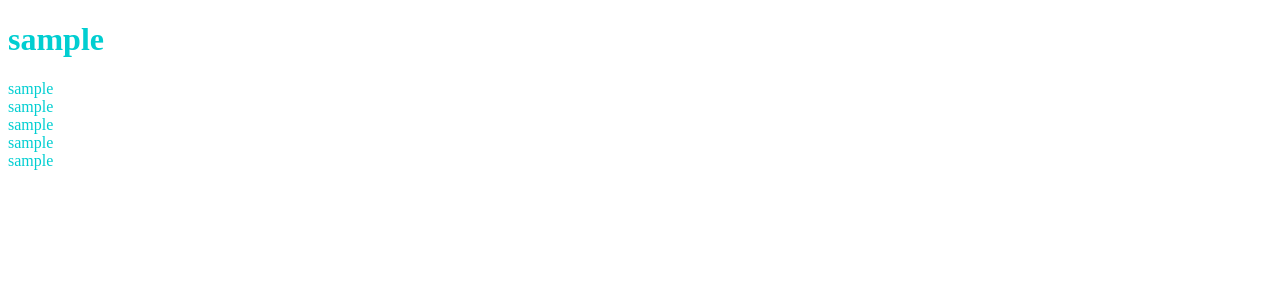
Repository: user10112018/test
Page: http://localhost/MyProject/jquery.jsp
These files come from the project's save history. The page is drawn as it stood at one moment and after the next save; the edit follows.
The browser window is 1280 px wide. The pictures show the whole page.
The page is served by Tomcat 9. Other server files are loaded and not shown.

Above is the page before, as saved 2018-11-20 06:26:10.

### MyProject/WebContent/jquery.jsp
<%@ page language="java" contentType="text/html; charset=UTF-8"
    pageEncoding="UTF-8"%>
<%@ taglib prefix="s" uri="/struts-tags" %>
<!DOCTYPE html>
<html>
<head>
<meta charset="UTF-8">
<link rel="stylesheet" href="./css/style01.css">
<script src="https://ajax.googleapis.com/ajax/libs/jquery/3.3.1/jquery.min.js"></script>

<title>jQuery</title>




</head>


<body>

<!-- スクリプトファイル指定 -->
<script type="text/javascript" src="../javascript/script.js"></script>

<h1>
sample
<br>
</h1>

<div class="samp1">
sample
<br>

<div class="samp2">
sample
<br>
</div>
</div>

sample
<br>

sample
<br>

sample
<br>


</body>
</html>

### MyProject/WebContent/css/style01.css
@CHARSET "UTF-8";

body {
/* 	color: red; */
/*     color: #008b8b; */
/*     width: 1080px; */
    color: #00ced1;
	font-family: 'メイリオ';
}


header{
/* 	position: absolute; だとスクロールで見えなくなる */
/* 	position: absolute; */
/* 	position: fixed; だとスクロールしても動かない */
	position: fixed;
	left: 0px;
	top: 0px;
	background-color: black;
	width: 100%;
/* 	white-space: nowrap; */
}


#logo{
	font-size: 28px;
/* 	color: red; */
/* 	font-family:  */
    padding-top: 10px;
    padding-left: 10px;
    white-space: nowrap;


}

#menu{
/* 	width: 100%; */
	heiht: 70px;
	background-color: black;
/* 	white-space: nowrap; */
/*     overflow-x: scroll;  これを入れるとナビゲーション用の横スクロールバーが出現する*/
}

#menu ul{
/* 	padding-right: 20px; */
/* white-space: nowrap; */
white-space: nowrap;

}

#menu ul li{
/* 	float: left; */
    display: inline-block;
	list-style: none;
/* 	color: red; */
	font-size: 16px;
	padding-right: 80px;
/* 	text-align: left; */
    height: 24px;
/*     white-space: nowrap; */
}

main{
	clear: both;
	white-space: nowrap;
/* 	これをここに入れるとテーブルの項目が改行されなくなる */
}

#main-container{
	width: 90%;
	margin-top: 120px;
	margin-left: 30px;
/* 	left: 30px; */
}

footer{
	clear: both;
/* 	position: absolute; */
	bottom: 0px;
	left: 0px;
	background-color: black;
	width: 100%;
/* 	height: 24px; */
/* 	margin-top: 10px; */
/* 	margin-bottom: 0px; */
/* 	margin-left: 0px; */

/* 	margin: 0 auto; */
	text-align: center;

}

### MyProject/WebContent/javascript/script.js
/**
 *
 */
jQuery (function(){

// ここにjQueryを書いていく



});

After the next save:
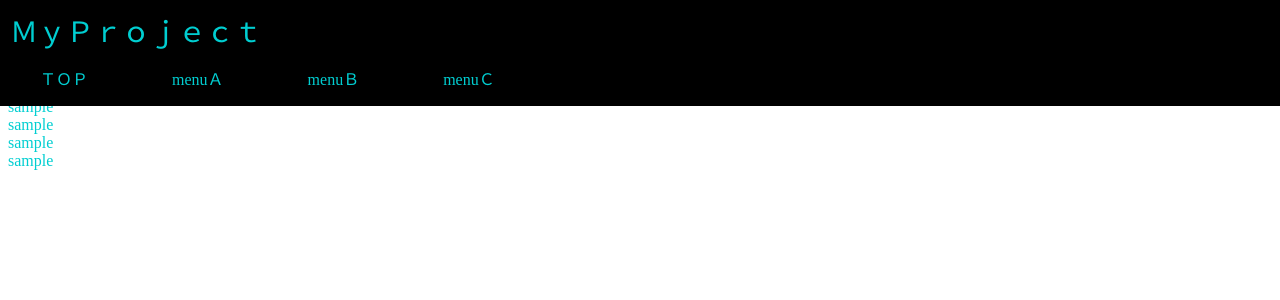
Saved 41 s later.
--- a/MyProject/WebContent/jquery.jsp
+++ b/MyProject/WebContent/jquery.jsp
@@ -20,6 +20,32 @@
 
 <!-- スクリプトファイル指定 -->
 <script type="text/javascript" src="../javascript/script.js"></script>
+
+<!-- ============== ココカラ =============== -->
+
+<!-- ==== header ===== -->
+<header>
+
+<div id="logo">ＭｙＰｒｏｊｅｃｔ</div>
+
+
+
+<div id="menu">
+
+<ul>
+   <li>ＴＯＰ</li>
+   <li>menuＡ</li>
+   <li>menuＢ</li>
+   <li>menuＣ</li>
+</ul>
+
+</div>
+
+</header>
+
+<!-- ==== main ===== -->
+
+<main>
 
 <h1>
 sample
@@ -45,6 +71,9 @@ sample
 sample
 <br>
 
+</main>
+
+
 
 </body>
 </html>
